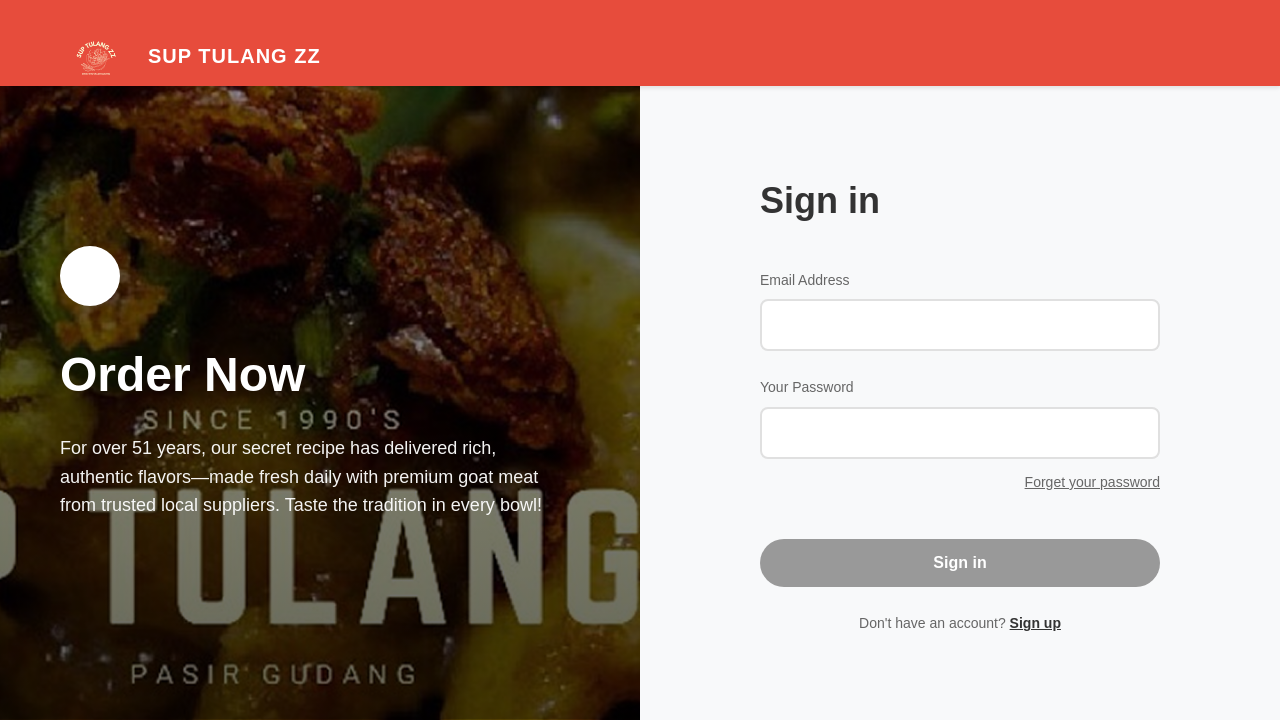
Repository: YIsheng2002/web-frontend
Page: view/member/userLogin.html
The author's editor kept a copy of each file at every save. The page is drawn from the files as they stood at one save, then again after the next save.
The browser window is 1280 px wide. The pictures show the whole page.

Above is the page before, as saved 2025-06-13 23:20:44.

After the next save:
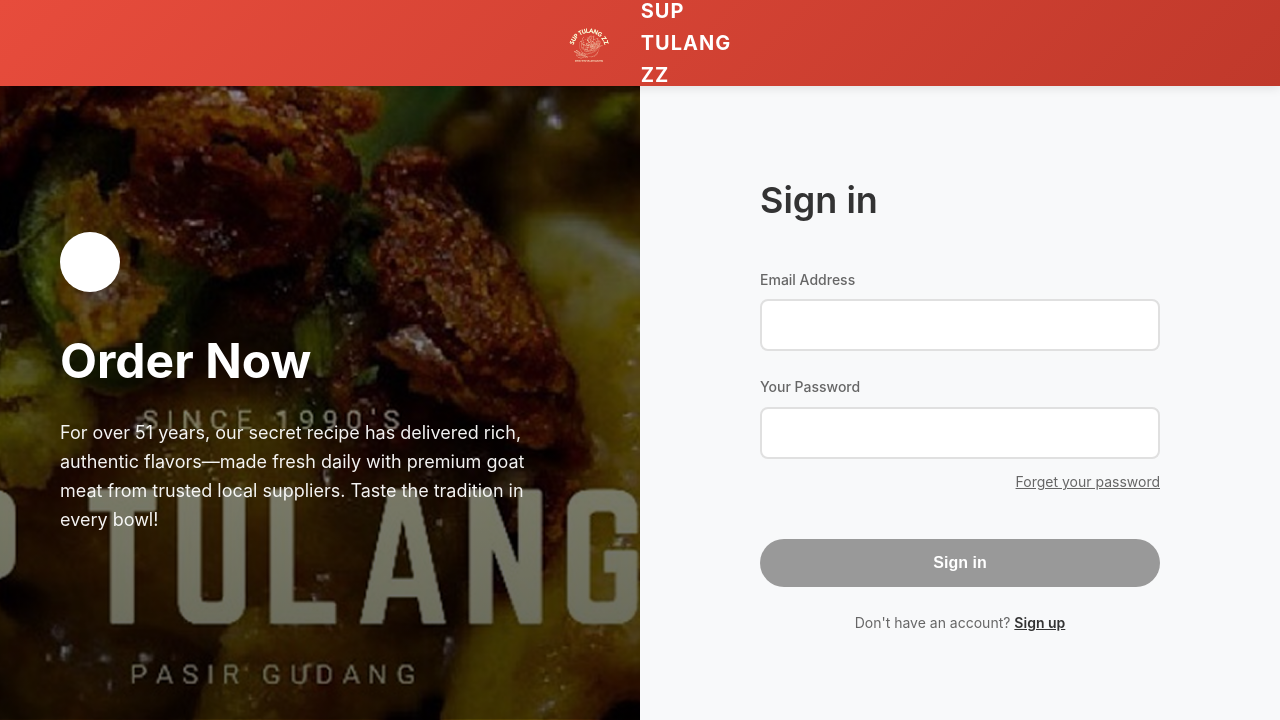
Saved 9 min 5 s later.
--- a/view/member/userLogin.html
+++ b/view/member/userLogin.html
@@ -5,6 +5,7 @@
     <meta name="viewport" content="width=device-width, initial-scale=1.0">
     <title>Sup Tulang ZZ - Order & Sign In</title>
     <link rel="stylesheet" href="assets/css/userLogin_style.css">
+    <link rel="stylesheet" href="../../assets/css/main.css">
 </head>
 <body>
     <!-- Header -->
